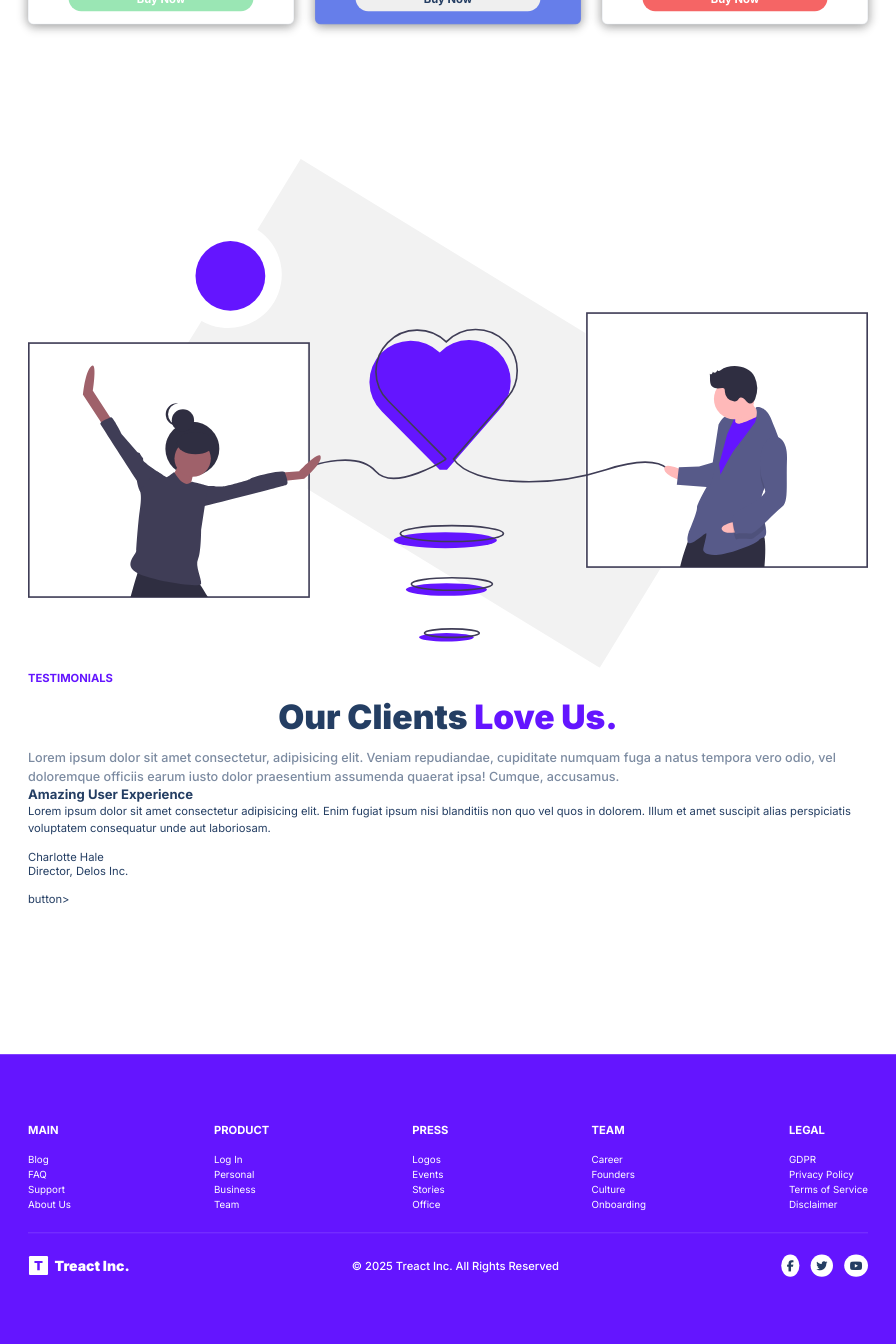
Repository: avivanguyen/m2_fianlProject
Page: index.html
An editor plug-in stored every save of this project. The page is shown before and after a run of saves, followed by the edit.
The browser window is 1280 px wide. The pictures show the part of the page from y = 4450 to 6370 px (the page is 6370 px tall before and 6350 px after), at 70% of full size.
Some web libraries are served in a nearby version.

Above is the page before, as saved 2025-12-11 11:28:41.

After the next 5 saves:
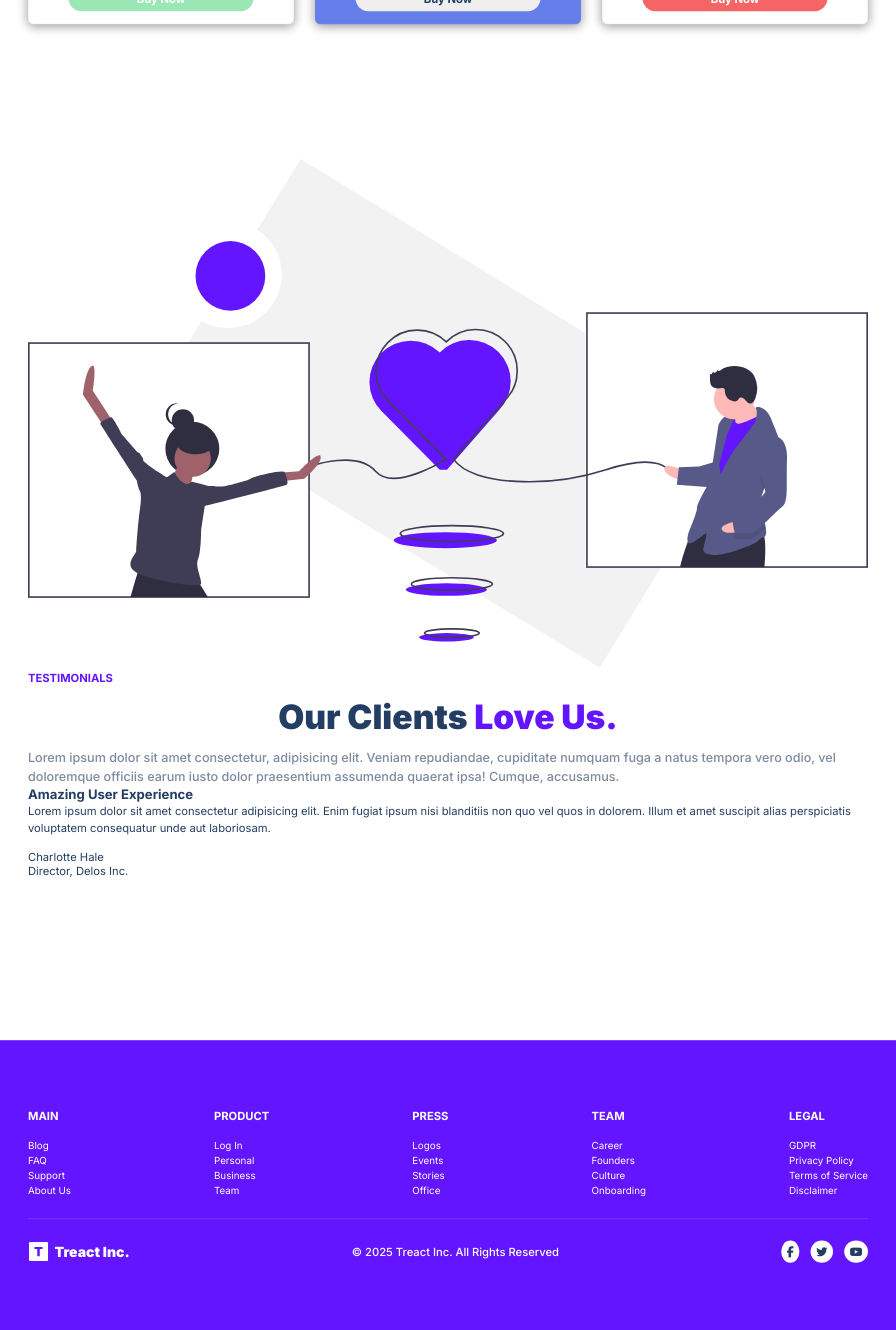
The 5 saves are shown as one change because they came seconds apart.
The last was saved 14 s later.
--- a/index.html
+++ b/index.html
@@ -335,7 +335,7 @@
                                         <div class="testimonial__role">Director, Delos Inc.</div>
                                     </div>
                                 <div class="testimonial__buttons">
-                                    <button class="testimonial__button"></div>button>
+                                    <button class="testimonial__button"></button>
                                     <div class="divider"></div>
                                     <button class="testimonial__button"></button>
                                 </div>
